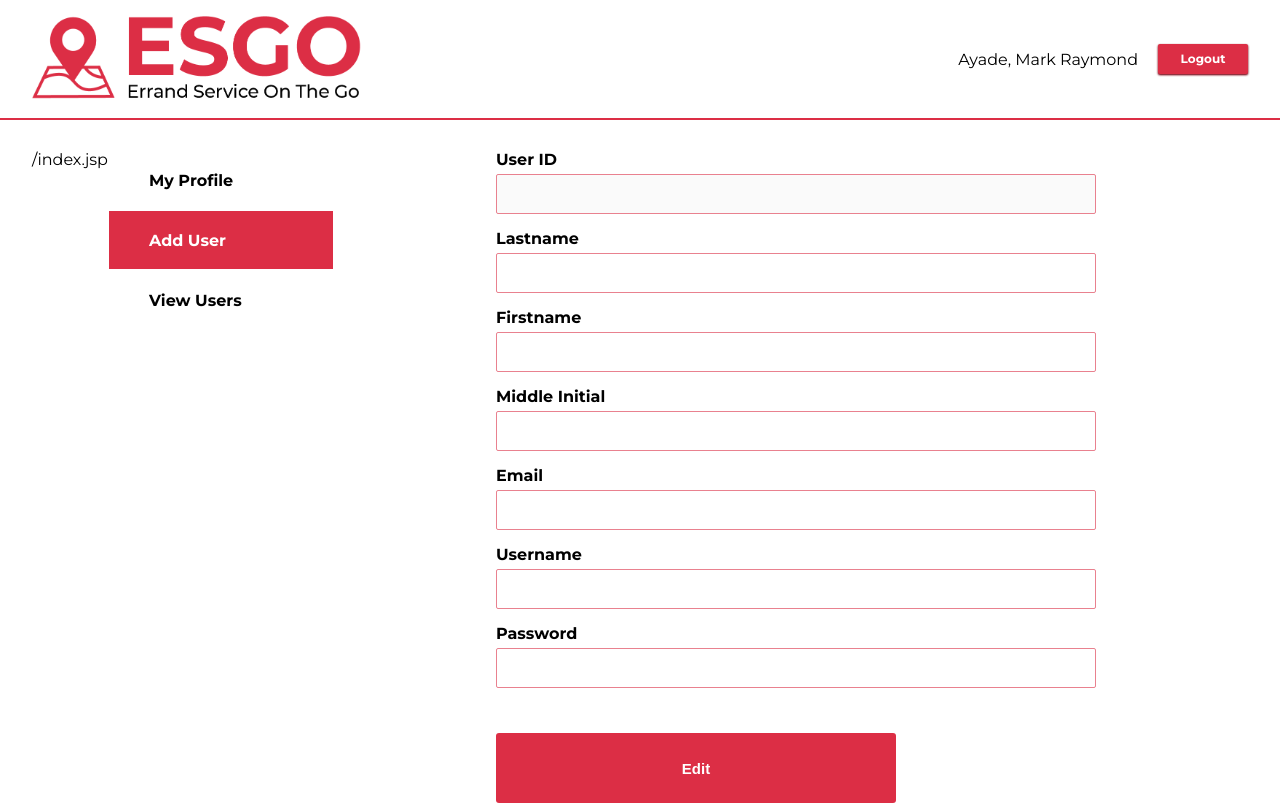
Repository: azkalonz/Int-Prog-2
Page: http://localhost/Int_Prog_2/?page=home
The author's editor kept a copy of each file at every save. The page is drawn from the files as they stood at one save, then again after the next save.
The browser window is 1280 px wide. The pictures show the whole page.
The page is served by Tomcat 9. Other server files are loaded and not shown.

Above is the page before, as saved 2021-03-30 05:51:43.

### Int Prog 2/WebContent/index.jsp
<jsp:include page="/WEB-INF/layout/header.jsp"/>
<main>
        <div class="container">
            <jsp:include page="/WEB-INF/layout/nav.jsp" />

            <div class="content">
                <form>
                    <div class="infos">
                        <span>User ID</span>
                        <input type="text" disabled>
                    </div>
                    <div class="infos">
                        <span>Lastname</span>
                        <input type="text">
                    </div>
                    <div class="infos">
                        <span>Firstname</span>
                        <input type="text">
                    </div>
                    <div class="infos">
                        <span>Middle Initial</span>
                        <input type="text">
                    </div>
                    <div class="infos">
                        <span>Email</span>
                        <input type="text">
                    </div>
                    <div class="infos">
                        <span>Username</span>
                        <input type="text">
                    </div>
                    <div class="infos">
                        <span>Password</span>
                        <input type="text">
                    </div>
                    <input class="button" type="submit" value="Edit">
                </form>
            </div>
        </div>
    </main>
<jsp:include page="/WEB-INF/layout/footer.jsp"/>

### Int Prog 2/WebContent/WEB-INF/layout/header.jsp
<%@ page language="java" contentType="text/html; charset=ISO-8859-1"
	pageEncoding="ISO-8859-1"%>
<!DOCTYPE html>
<html>
<head>
<meta charset="ISO-8859-1">
<title>Employee</title>
<link rel="stylesheet" href="<%=request.getContextPath()%>/css/style.css"/>
</head>
<body>
	<header>
	        <div class="container">
	            <div class="logo-con">
	                <img src="<%=request.getContextPath()%>/assets/logo/horizontal.png">
	            </div>
	            <div class="account-con">
	                <span>Ayade, Mark Raymond</span>
	                <a href="./login.html">
	                    <div class="button">Logout</div>
	                </a>
	            </div>
	        </div>
	    </header>

### Int Prog 2/WebContent/WEB-INF/layout/nav.jsp
<%@taglib prefix="c" uri="http://java.sun.com/jsp/jstl/core"%>
<%= request.getServletPath() %>
<div class="nav">
    <a href="<%=request.getContextPath()%>">
        <div class="links">My Profile</div>
    </a>
    <a href="<%=request.getContextPath()%>/register">
        <div class="links<c:if test="${1==1}"> active</c:if>">Add User</div>
    </a>
    <a href="./users.html">
        <div class="links">View Users</div>
    </a>
</div>

### Int Prog 2/WebContent/css/style.css
@import url("https://fonts.googleapis.com/css2?family=Montserrat:ital,wght@0,100;0,200;0,300;0,400;0,500;0,600;0,700;1,100;1,200;1,300;1,400;1,500;1,600&display=swap");

* {
  margin: 0;
  padding: 0;
  box-sizing: border-box;
}

a:link {
	text-decoration: none;
	color: #000;
}

body {
  font-family: "Montserrat";
  font-size: 100%;
}

header {
  display: flex;
  justify-content: center;
  width: 100%;
  height: 120px;
  position: relative;
  border-bottom: 2px solid rgb(220, 46, 69);
}

header .container {
  display: flex;
  justify-content: space-between;
  width: 95%;
  max-width: 1300px;
}

header .container .logo-con {
  padding-top: 5px;
}

header .container .logo-con img {
  height: 100px;
}

header .container .account-con {
  display: flex;
  align-items: center;
}

header .account-con .button {
  width: 90px;
  height: 30px;
  margin-left: 20px;
  border: none;
  background: rgb(220, 46, 69);
  box-shadow: 0 1px 2px 0 rgba(122, 7, 22, 0.783),
    0 1px 2px 0 rgba(122, 7, 22, 0.783);
  cursor: pointer;
  color: white;
  font-family: "Montserrat";
  font-weight: bold;
  font-size: 12px;
  border-radius: 2px;
  line-height: 30px;
  text-align: center;
}

header .account-con .button:hover {
  background: rgb(187, 32, 53);
}

.login-container {
  background: rgb(220, 46, 69);
  display: flex;
  align-items: center;
  justify-content: center;
  height: 100vh;
  font-family: "Montserrat";
  color: rgb(22, 22, 22);
}

.login-container > .container {
  position: relative;
  background: white;
  width: 85%;
  max-width: 1024px;
  border-radius: 10px;
  display: flex;
  box-shadow: 0 2px 4px 0 rgb(80, 12, 21), 0 6px 10px 0 rgb(80, 12, 21);
  padding: 60px 5px;
}

.login-container > .container .logo-container {
  display: flex;
  justify-content: center;
  align-items: center;
  flex-direction: column;
  flex: 3;
}

.logo-container img {
  width: 200px;
  padding-bottom: 35px;
}

.logo-container span {
  color: rgb(220, 46, 69);
  font-weight: bold;
  font-size: 40px;
}

.container .form-container {
  display: flex;
  justify-content: center;
  align-items: center;
  height: 100%;
  flex: 2;
}

.form-container h1 {
  margin-bottom: 20px;
}

.form-container .input-con {
  margin-bottom: 20px;
}

.form-container .input-con input {
  height: 45px;
  width: 300px;
  font-family: "Montserrat";
  padding: 5px 10px;
  border-radius: 5px;
  border: 1px solid rgb(233, 129, 143);
}

.form-container button {
  width: 150px;
  height: 50px;
  background: rgb(220, 46, 69);
  border: none;
  color: white;
  font-size: 16px;
  cursor: pointer;
  border-radius: 4px;
  box-shadow: 0 1px 2px 0 rgba(122, 7, 22, 0.783),
    0 1px 2px 0 rgba(122, 7, 22, 0.783);
  margin-top: 10px;
  font-weight: bold;
  font-family: "Montserrat";
}

.form-container button:hover {
  background: rgb(187, 32, 53);
}

main {
  width: 100%;
  display: flex;
  justify-content: center;
  padding-top: 30px;
}

main .container {
  width: 95%;
  max-width: 1300px;
  display: flex;
  justify-content: center;
}

main .container .nav {
  flex: 2;
  margin-right: 10px;
}

main .container .nav .links {
  padding-left: 40px;
  height: 60px;
  line-height: 60px;
  font-weight: bold;
  border: 1px solid white;
}

.active {
  background: rgb(220, 46, 69);
  color: white;
}

main .container .nav .links:hover {
  background: rgb(220, 46, 69);
  color: white;
  transition: 0.4s;
}

main .container .content {
  flex: 8;
  display: flex;
  justify-content: center;
}

main .container .content .infos {
  display: flex;
  flex-direction: column;
  padding-bottom: 15px;
}

main .container .content .infos span {
  padding-bottom: 5px;
  font-weight: bold;
}

main .container .content .infos input {
  width: 600px;
  height: 40px;
  border-radius: 2px;
  border: 1px solid rgb(233, 129, 143);
  padding: 0 10px;
}

main .container .content .button {
  width: 400px;
  height: 70px;
  background: rgb(220, 46, 69);
  border: none;
  margin-top: 30px;
  color: white;
  font-weight: bold;
  font-size: 15px;
  cursor: pointer;
  border-radius: 3px;
}

main .container .content .button:hover {
  background: rgb(187, 32, 53);
}

main .container .content .infos {
  display: flex;
  flex-direction: column;
  padding-bottom: 15px;
}

main .container .content .infos span {
  padding-bottom: 5px;
  font-weight: bold;
}

main .container .content .infos input {
  width: 600px;
  height: 40px;
  border-radius: 2px;
  border: 1px solid rgb(233, 129, 143);
  padding: 0 10px;
}

main .container .content .button {
  width: 400px;
  height: 70px;
  background: rgb(220, 46, 69);
  border: none;
  margin-top: 30px;
  color: white;
  font-weight: bold;
  font-size: 15px;
  cursor: pointer;
  border-radius: 3px;
}

main .container .content .button:hover {
  background: rgb(187, 32, 53);
}

main .container .content {
  max-height: 800px;
  overflow-y: scroll;
}

main .container .content table {
  width: 100%;
  margin: 0 15px;
  text-align: center;
  border-spacing: 0;
}

main .container .content table thead {
  background: rgb(220, 46, 69);
}

main .container .content table thead th {
  height: 60px;
  column-gap: 0;
  color: white;
}

main .container .content table tbody tr {
  height: 50px;
  background: rgba(247, 244, 244, 0.375);
}

main .container .content table tbody tr td:last-child {
  display: flex;
  justify-content: center;
  padding: 10px 0;
}

main .container .content table tbody .button-action {
  width: 80px;
  height: 30px;
  text-align: center;
  line-height: 30px;
  margin: 0 5px;
  font-size: 12px;
  color: white;
  border-radius: 3px;
  cursor: pointer;
}

.orange {
  background: coral;
  box-shadow: 0px 0px 2px -1px rgba(230, 63, 2, 0.443);
}

.red {
  background: crimson;
  box-shadow: 0px 0px 2px -1px rgba(199, 2, 41, 0.653);
}

.orange:hover {
  background: rgb(248, 95, 39);
}

.red:hover {
  background: rgb(194, 4, 42);
}

Loaded but not shown: Int Prog 2/WebContent/WEB-INF/layout/footer.jsp (common file)

After the next save:
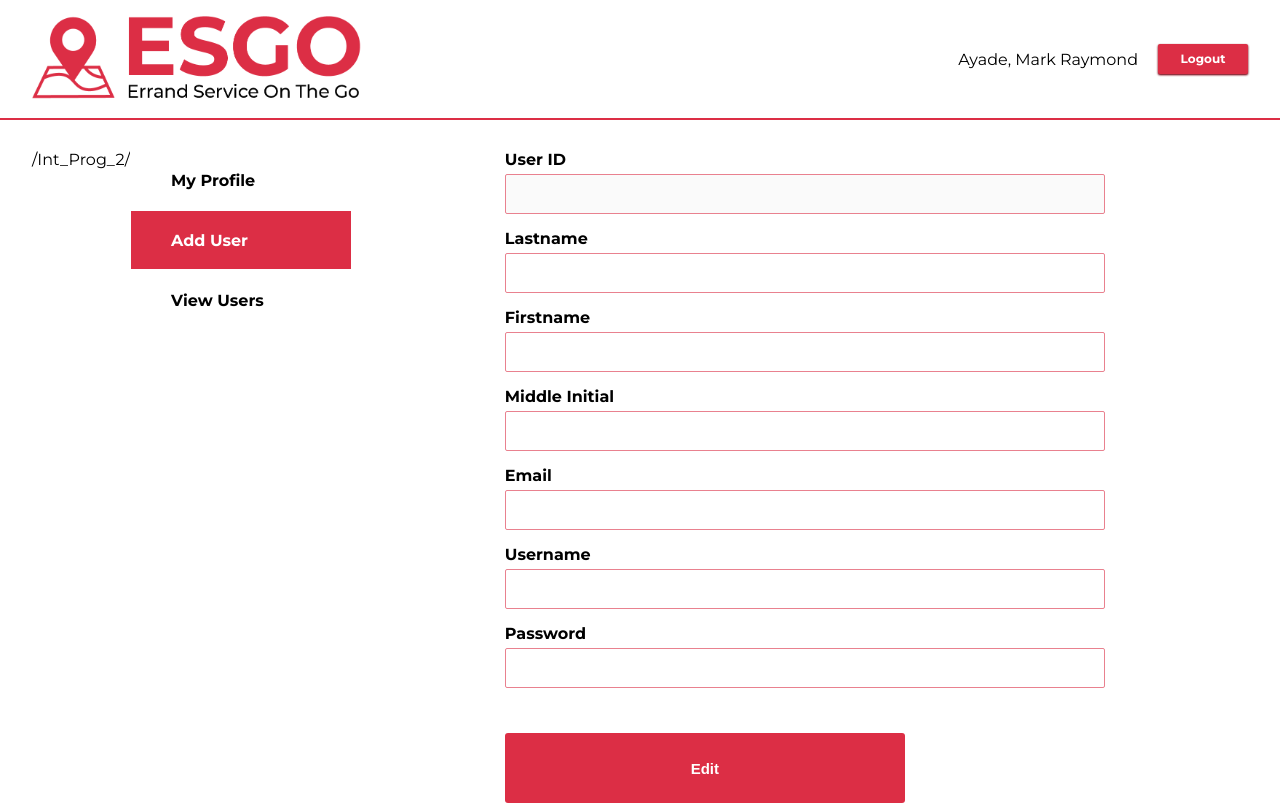
Saved 16 s later.
--- a/Int Prog 2/WebContent/WEB-INF/layout/nav.jsp
+++ b/Int Prog 2/WebContent/WEB-INF/layout/nav.jsp
@@ -1,5 +1,5 @@
 <%@taglib prefix="c" uri="http://java.sun.com/jsp/jstl/core"%>
-<%= request.getServletPath() %>
+<%= request.getRequestURI() %>
 <div class="nav">
     <a href="<%=request.getContextPath()%>">
         <div class="links">My Profile</div>
